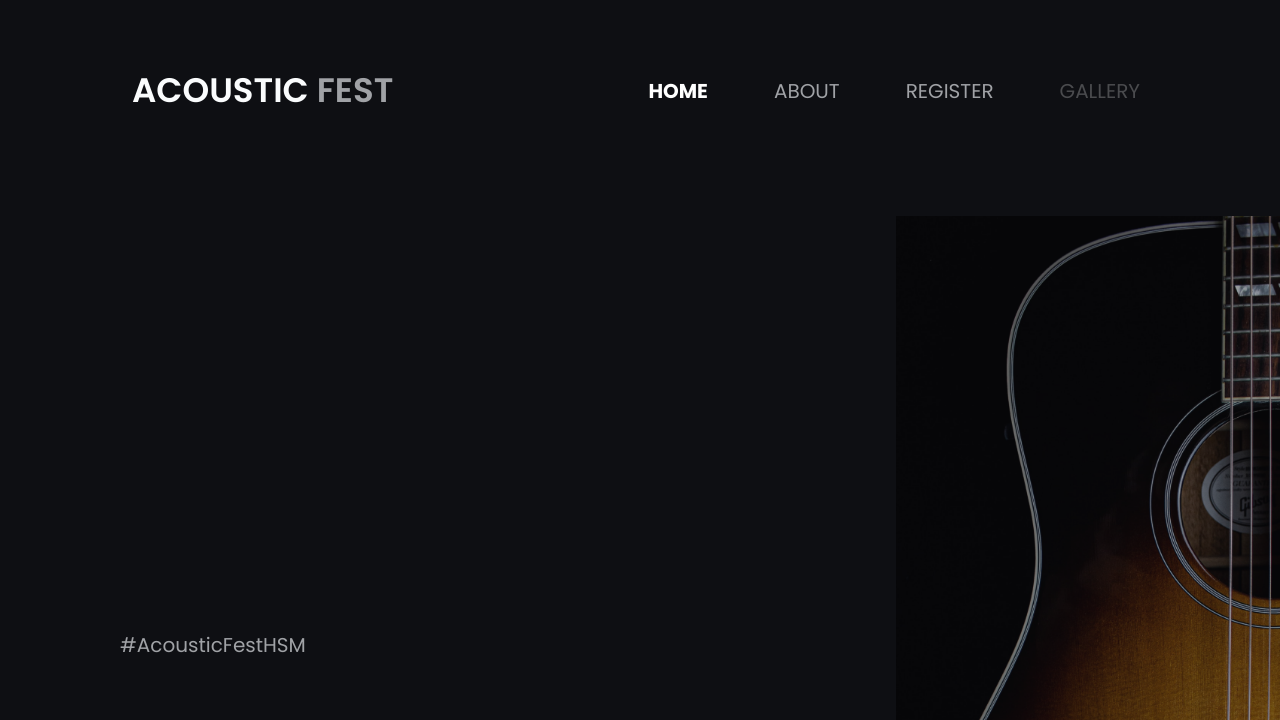
Repository: piyushiso/piyushiso.github.io
Page: event/acousticfest/index.html
These files come from the project's save history. The page is drawn as it stood at one moment and after a run of saves; the edit follows.
The browser window is 1280 px wide. The pictures show the whole page.
The pointer rests on the first visible `.hashtag`.
Some web fonts or font styles are not loaded; a fallback is used.

Above is the page before, as saved 2022-05-17 18:20:12.

After the next 2 saves:
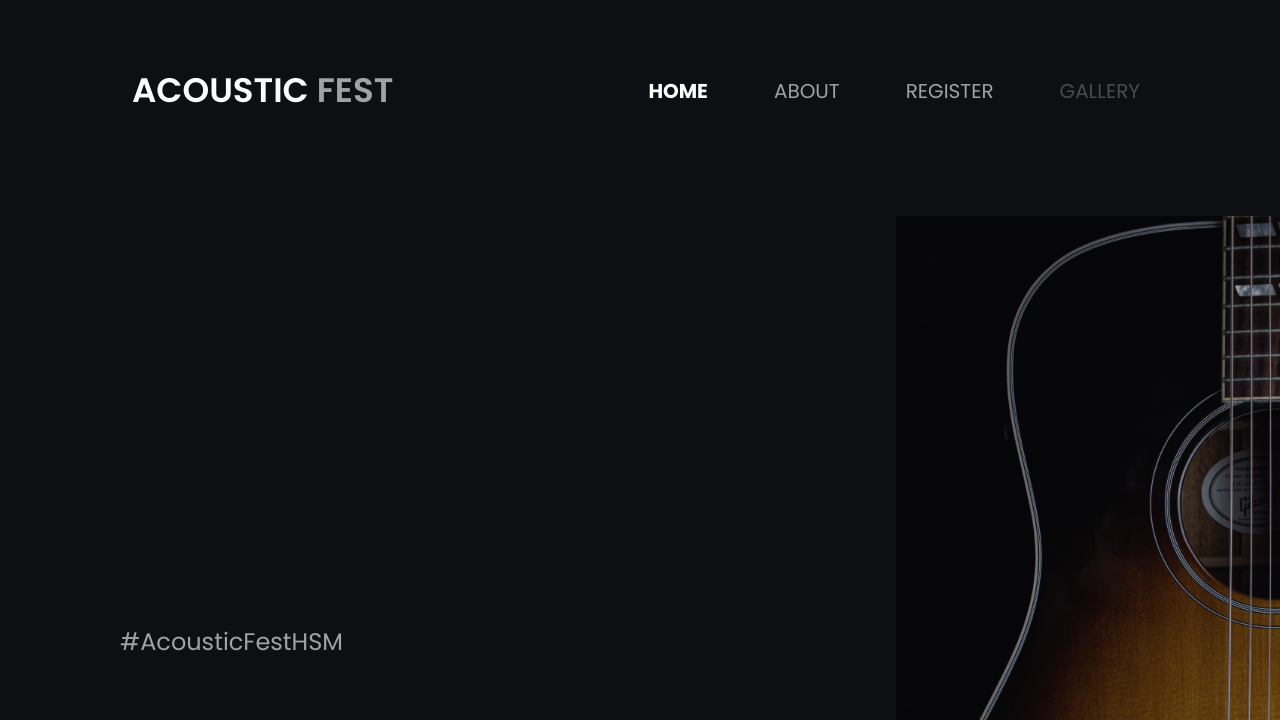
The 2 saves are shown as one change because they came seconds apart.
The last was saved 11 s later.
--- a/event/acousticfest/styles/style.css
+++ b/event/acousticfest/styles/style.css
@@ -86,4 +86,5 @@
 
 .hashtag:hover{
     color: var(--primary);
+    font-size: var(--t6);
 }

After the 2 saves that followed:
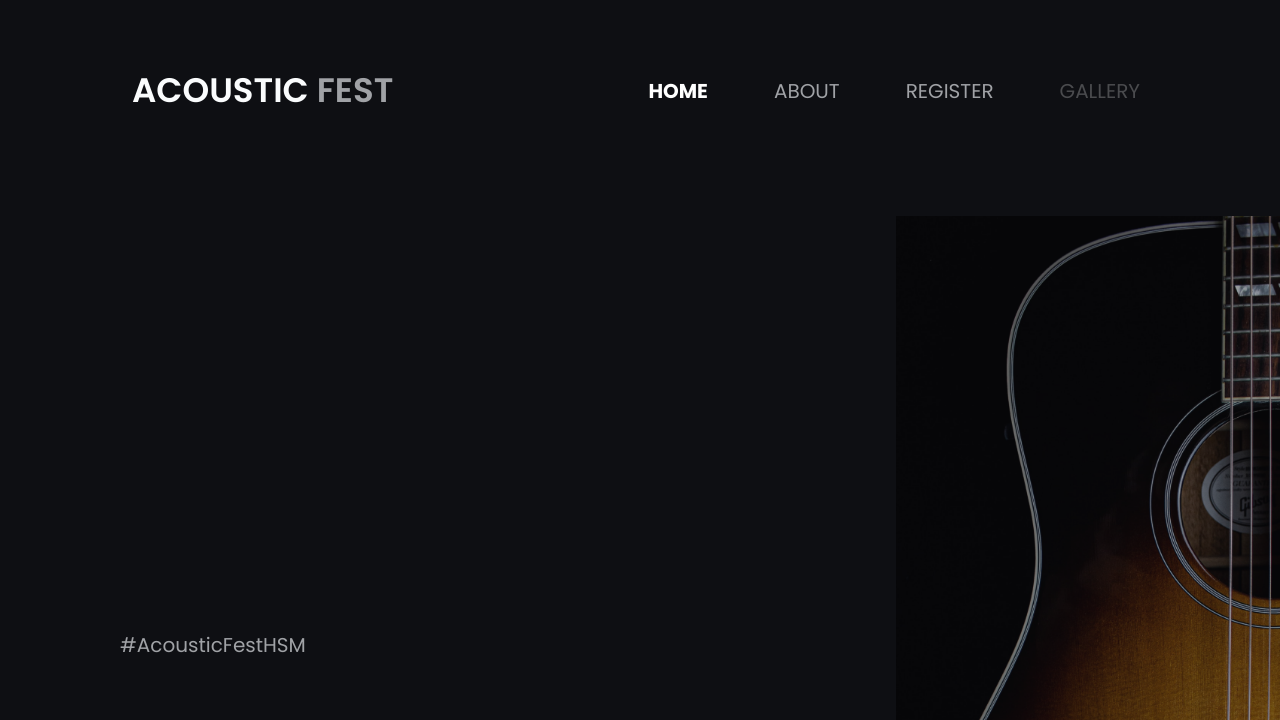
The 2 saves are shown as one change because 1 left the picture as it was.
The last was saved 37 s later.
--- a/event/acousticfest/styles/style.css
+++ b/event/acousticfest/styles/style.css
@@ -84,7 +84,8 @@
     font-weight: var(--regular);
 }
 
-.hashtag:hover{
+.hashtag span:hover{
     color: var(--primary);
     font-size: var(--t6);
+    transition: .5s;
 }
